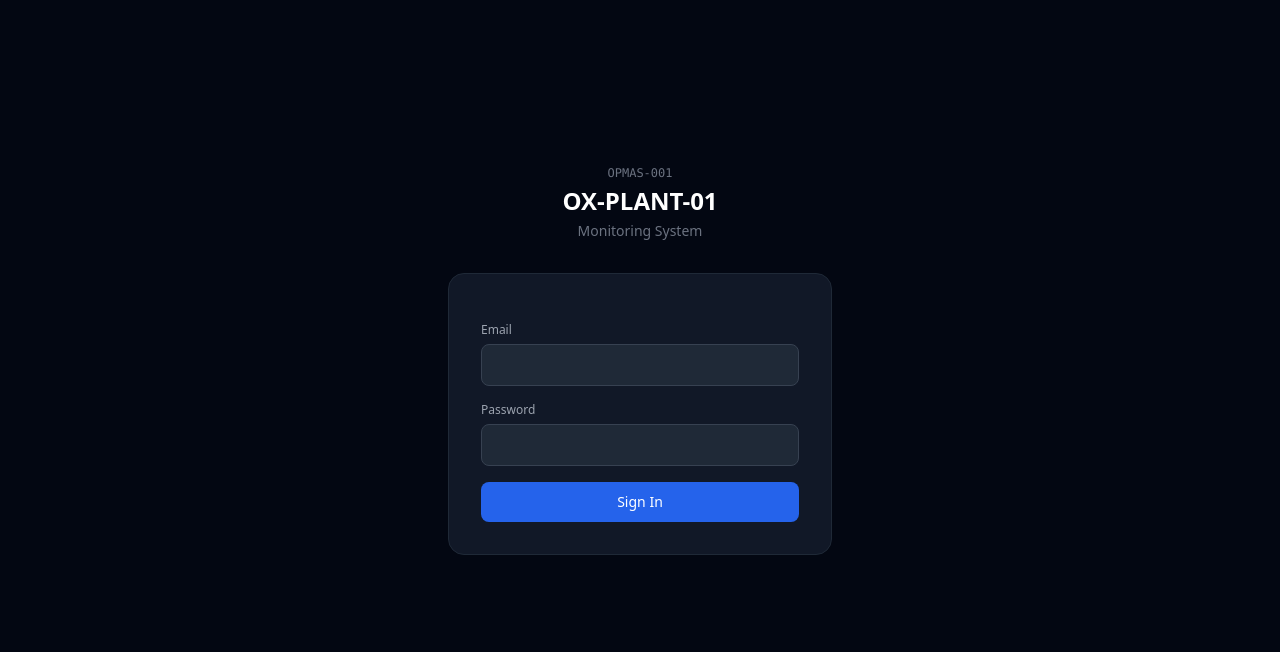
Repository: MosesCodeX-CS/OPMAS-001
Page: http://localhost/login
These files come from the project's save history. The page is drawn as it stood at one moment and after the next save; the edit follows.
The browser window is 1280 px wide. The pictures show the whole page.
Some web libraries are served in a nearby version. The page is served by the project's Laravel application, run on PHP 8.4 with Laravel 12.

Above is the page before, as saved 2026-07-14 09:54:32.

After the next save:
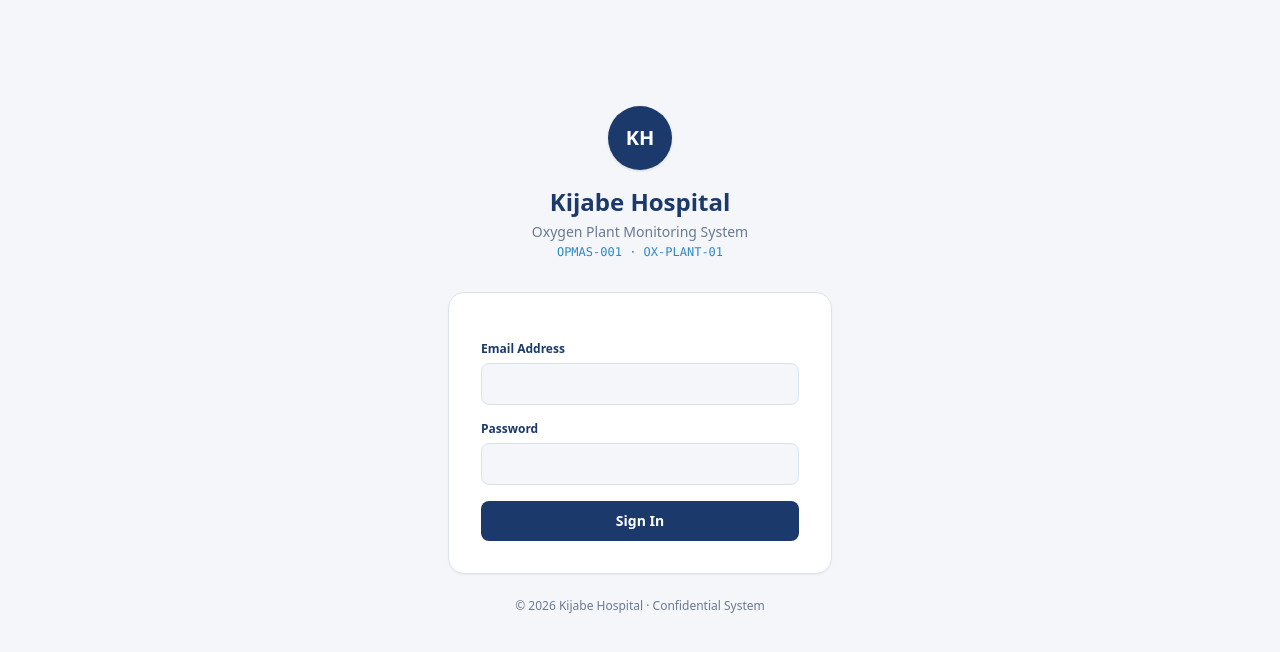
Saved 14 s later.
--- a/opmas-app/resources/views/auth/login.blade.php
+++ b/opmas-app/resources/views/auth/login.blade.php
@@ -6,37 +6,50 @@
     <title>OPMAS — Login</title>
     <script src="https://cdn.tailwindcss.com"></script>
 </head>
-<body class="bg-gray-950 min-h-screen flex items-center justify-center">
+<body class="min-h-screen flex items-center justify-center" style="background-color:#F4F6F9;">
     <div class="w-full max-w-sm">
         <div class="text-center mb-8">
-            <p class="text-xs text-gray-500 font-mono mb-1">OPMAS-001</p>
-            <h1 class="text-2xl font-semibold text-white">OX-PLANT-01</h1>
-            <p class="text-sm text-gray-500 mt-1">Monitoring System</p>
+            <div class="inline-flex items-center justify-center w-16 h-16 rounded-full mb-4 shadow"
+                 style="background-color:#1B3A6B;">
+                <span class="text-white text-xl font-bold">KH</span>
+            </div>
+            <h1 class="text-2xl font-bold" style="color:#1B3A6B;">Kijabe Hospital</h1>
+            <p class="text-sm mt-1" style="color:#6B7A90;">Oxygen Plant Monitoring System</p>
+            <p class="text-xs mt-0.5 font-mono" style="color:#2B8AC6;">OPMAS-001 · OX-PLANT-01</p>
         </div>
-        <div class="bg-gray-900 border border-gray-800 rounded-2xl p-8">
+
+        <div class="rounded-2xl p-8 shadow-sm border" style="background:#FFFFFF; border-color:#DDE3EE;">
             @if($errors->any())
-                <div class="bg-red-900/50 border border-red-700 text-red-300 text-sm rounded-lg px-4 py-3 mb-5">
+                <div class="rounded-lg px-4 py-3 mb-5 border text-sm"
+                     style="background:#FEE2E2; border-color:#FCA5A5; color:#B91C1C;">
                     {{ $errors->first() }}
                 </div>
             @endif
             <form method="POST" action="/login" class="space-y-4">
                 @csrf
                 <div>
-                    <label class="block text-xs text-gray-400 mb-1.5">Email</label>
-                    <input type="email" name="email" required
-                        class="w-full bg-gray-800 border border-gray-700 rounded-lg px-4 py-2.5 text-sm text-white focus:outline-none focus:border-blue-500">
+                    <label class="block text-xs font-semibold mb-1.5" style="color:#1B3A6B;">Email Address</label>
+                    <input type="email" name="email" required value="{{ old('email') }}"
+                        class="w-full rounded-lg px-4 py-2.5 text-sm border focus:outline-none"
+                        style="background:#F4F6F9; border-color:#DDE3EE; color:#1A2A3A;">
                 </div>
                 <div>
-                    <label class="block text-xs text-gray-400 mb-1.5">Password</label>
+                    <label class="block text-xs font-semibold mb-1.5" style="color:#1B3A6B;">Password</label>
                     <input type="password" name="password" required
-                        class="w-full bg-gray-800 border border-gray-700 rounded-lg px-4 py-2.5 text-sm text-white focus:outline-none focus:border-blue-500">
+                        class="w-full rounded-lg px-4 py-2.5 text-sm border focus:outline-none"
+                        style="background:#F4F6F9; border-color:#DDE3EE; color:#1A2A3A;">
                 </div>
                 <button type="submit"
-                    class="w-full bg-blue-600 hover:bg-blue-700 text-white text-sm font-medium py-2.5 rounded-lg mt-2 transition-colors">
+                    class="w-full text-white text-sm font-semibold py-2.5 rounded-lg mt-2 transition-opacity hover:opacity-90"
+                    style="background-color:#1B3A6B;">
                     Sign In
                 </button>
             </form>
         </div>
+
+        <p class="text-center text-xs mt-6" style="color:#6B7A90;">
+            © {{ date('Y') }} Kijabe Hospital · Confidential System
+        </p>
     </div>
 </body>
 </html>
